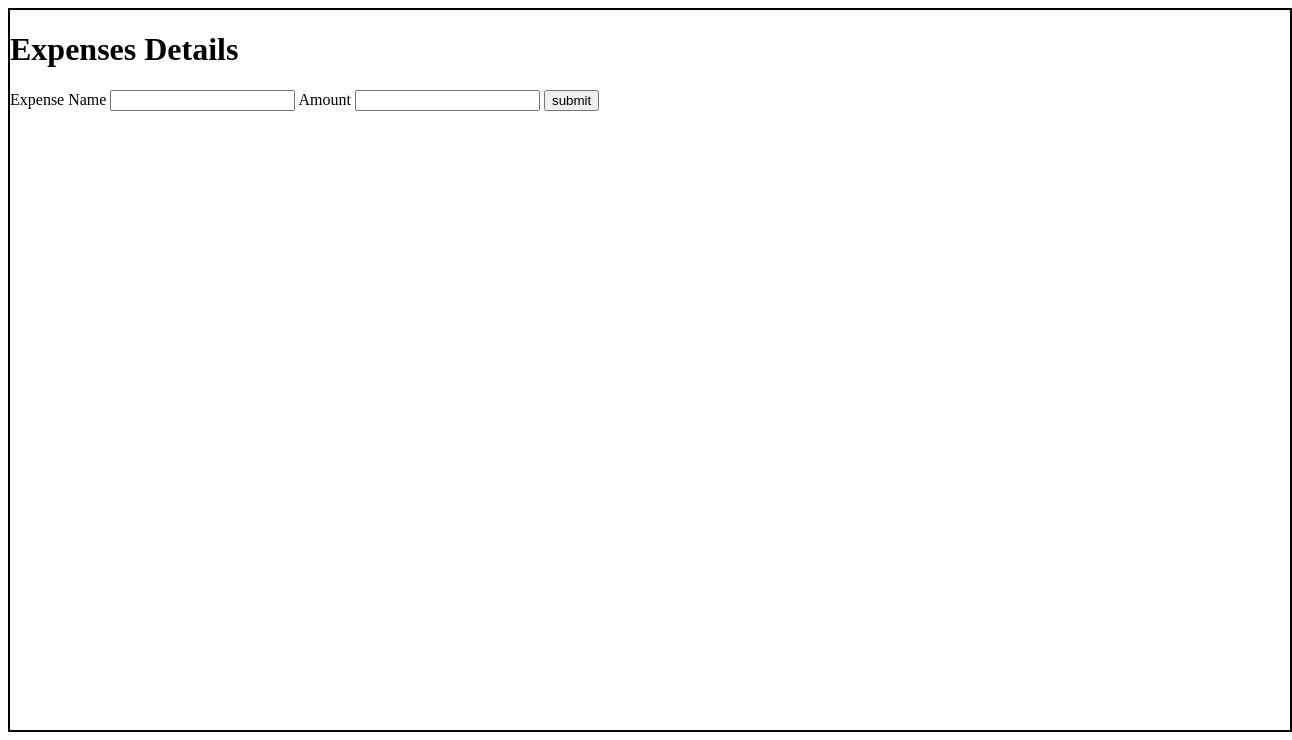
Repository: sarthak-tyagi123/expensetracker12
Page: http://localhost/
An editor plug-in stored every save of this project. The page is shown before and after the next save, followed by the edit.
The browser window is 1280 px wide. The page is 1292 px wide, then 1280 px, so the pictures cover 1292 px, including what lies to the right of the window. The pictures show the whole page.
The page is served by the project's Node server (app.js).

Above is the page before, as saved 2025-06-20 23:55:32.

### views/1.ejs
<!DOCTYPE html>
<html lang="en">
<head>
    <meta charset="UTF-8">
    <meta name="viewport" content="width=device-width, initial-scale=1.0">
    <title>Expense Tracker</title>
    <style>
       .container{
             height:100vh;
             width: 100vw;
             border:2px solid  black;
             justify-content: center;
             align-items: center;


       }
    </style>
</head>
<body>

    <div class="container">
        <div class="box">

    <form action="/expenses" method="post">
        <h1>Expenses Details</h1>

    <label for="text">Expense Name</label>
    <input type="text" name="name" required>
    <label for="number">Amount </label>
    <input type="number" name="amount" required>
    <button>submit</button>

    </form>

    </div>
    </div>


</body>
</html>

### app.js
let express=require("express");
let app=express();
app.use(express.urlencoded({ extended: true }));
app.set("view engine",'ejs');

app.get("/",function(req,res){
    res.render("1.ejs");
})

// let expenses = [];
// app.post("/expenses",function(req,res){
//   const { name, amount } = req.body;
//   expenses.push({ name, amount: Number(amount) });
// //   res.render('expenses.ejs', { name, amount })
//   res.render("expenses", { expenses:expenses || []});
// })

app.listen(3000);

After the next save:
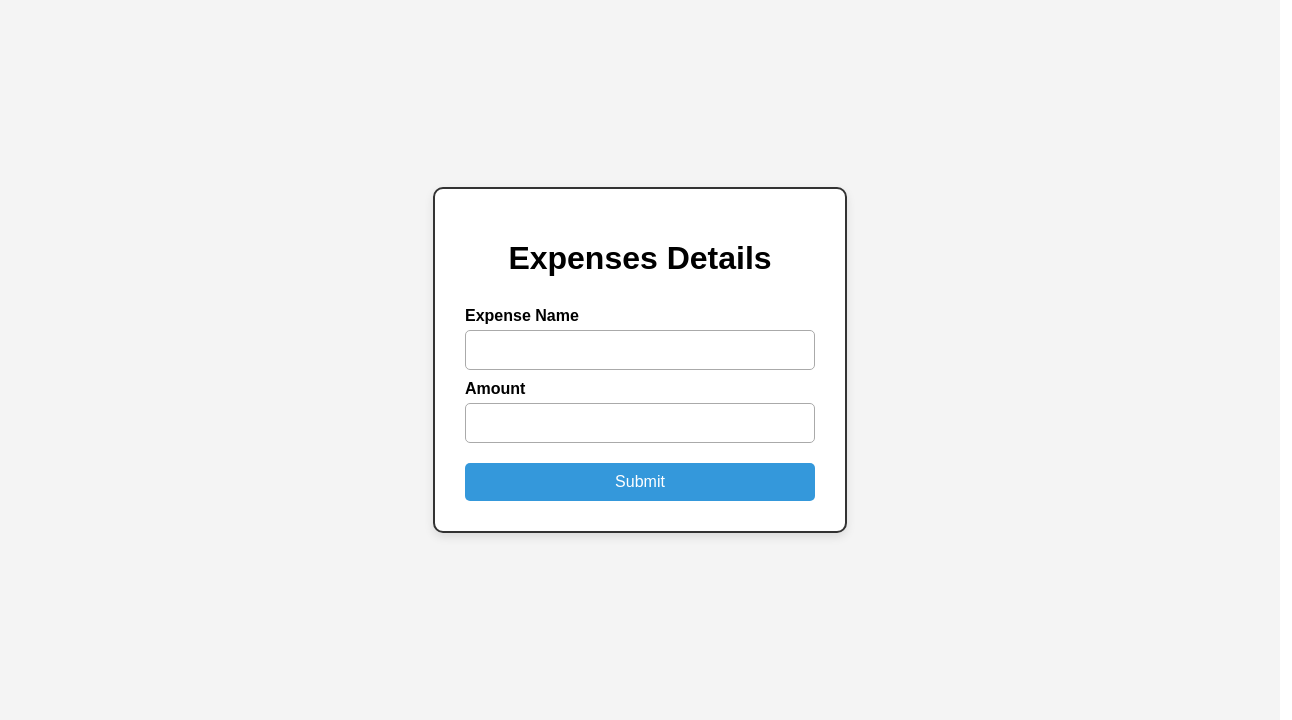
Saved 105 s later.
--- a/views/1.ejs
+++ b/views/1.ejs
@@ -1,40 +1,89 @@
 <!DOCTYPE html>
 <html lang="en">
 <head>
-    <meta charset="UTF-8">
-    <meta name="viewport" content="width=device-width, initial-scale=1.0">
-    <title>Expense Tracker</title>
-    <style>
-       .container{
-             height:100vh;
-             width: 100vw;
-             border:2px solid  black;
-             justify-content: center;
-             align-items: center;
+  <meta charset="UTF-8" />
+  <meta name="viewport" content="width=device-width, initial-scale=1.0"/>
+  <title>Expense Tracker</title>
+  <style>
+    body, html {
+      margin: 0;
+      padding: 0;
+      height: 100%;
+      font-family: Arial, sans-serif;
+    }
 
+    .container {
+      display: flex;
+      justify-content: center;
+      align-items: center;
+      height: 100vh;
+      background-color: #f4f4f4;
+    }
 
-       }
-    </style>
+    .box {
+      border: 2px solid #333;
+      padding: 30px;
+      border-radius: 10px;
+      background-color: white;
+      box-shadow: 0 4px 10px rgba(0, 0, 0, 0.1);
+      width: 350px;
+    }
+
+    h1 {
+      text-align: center;
+      margin-bottom: 20px;
+    }
+
+    form {
+      display: flex;
+      flex-direction: column;
+    }
+
+    label {
+      margin: 10px 0 5px;
+      font-weight: bold;
+    }
+
+    input {
+      padding: 10px;
+      font-size: 16px;
+      border: 1px solid #aaa;
+      border-radius: 5px;
+    }
+
+    button {
+      margin-top: 20px;
+      padding: 10px;
+      font-size: 16px;
+      background-color: #3498db;
+      color: white;
+      border: none;
+      border-radius: 5px;
+      cursor: pointer;
+    }
+
+    button:hover {
+      background-color: #2980b9;
+    }
+  </style>
 </head>
 <body>
 
-    <div class="container">
-        <div class="box">
-
-    <form action="/expenses" method="post">
+  <div class="container">
+    <div class="box">
+      <form action="/expenses" method="post">
         <h1>Expenses Details</h1>
 
-    <label for="text">Expense Name</label>
-    <input type="text" name="name" required>
-    <label for="number">Amount </label>
-    <input type="number" name="amount" required>
-    <button>submit</button>
+        <label for="text">Expense Name</label>
+        <input type="text" name="name" required />
 
-    </form>
+        <label for="number">Amount</label>
+        <input type="number" name="amount" required />
 
+        <button type="submit">Submit</button>
+      </form>
     </div>
-    </div>
-
+  </div>
 
 </body>
 </html>
